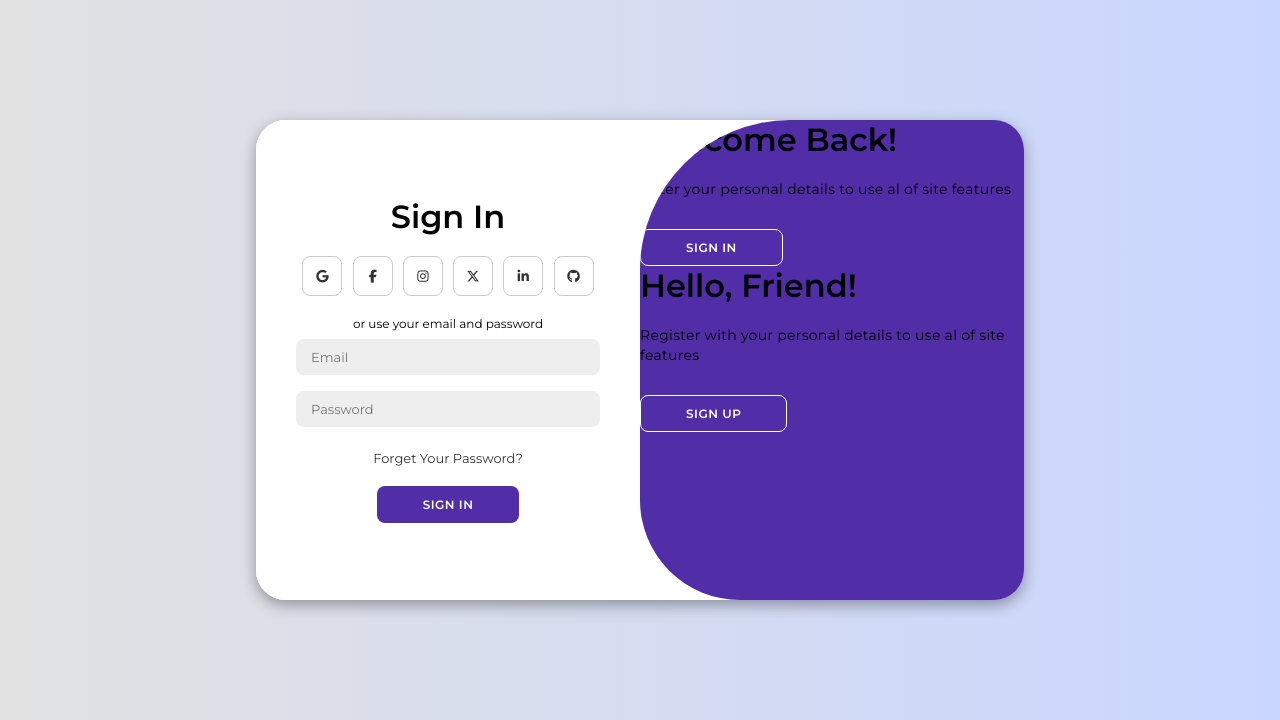
Repository: DevMike1993/Animated_Login_Page
Page: index.html
The author's editor kept a copy of each file at every save. The page is drawn from the files as they stood at one save, then again after the next save.
The browser window is 1280 px wide. The pictures show the whole page.

Above is the page before, as saved 2023-12-17 22:20:28.
Not found: script.js

### index.html
<!DOCTYPE html>
<html lang="en">
<head>
    <meta charset="UTF-8">
    <meta name="viewport" content="width=device-width, initial-scale=1.0">
    <link rel="stylesheet" href="https://cdnjs.cloudflare.com/ajax/libs/font-awesome/6.5.1/css/all.min.css">
    <link rel="stylesheet" href="style.css">
    <title>Animated Login Page</title>
</head>
<body>

    <div class="container" id="container">
        <div class="form-container sign-up">
            <form>
                <h1>Create Account</h1>
                <div class="social-icons">
                    <a href="#" class="icon"><i class="fa-brands fa-google"></i></a>
                    <a href="#" class="icon"><i class="fa-brands fa-facebook-f"></i></a>
                    <a href="#" class="icon"><i class="fa-brands fa-instagram"></i></a>
                    <a href="#" class="icon"><i class="fa-brands fa-x-twitter"></i></a>
                    <a href="#" class="icon"><i class="fa-brands fa-linkedin-in"></i></a>
                    <a href="#" class="icon"><i class="fa-brands fa-github"></i></a>
                </div>
                <span>or use your email for registration</span>
                <input type="text" placeholder="Name">
                <input type="email" placeholder="Email">
                <input type="password" placeholder="Password">
                <button>Sign Up</button>
            </form>
        </div>
        <div class="form-container sign-in">
            <form>
                <h1>Sign In</h1>
                <div class="social-icons">
                    <a href="#" class="icon"><i class="fa-brands fa-google"></i></a>
                    <a href="#" class="icon"><i class="fa-brands fa-facebook-f"></i></a>
                    <a href="#" class="icon"><i class="fa-brands fa-instagram"></i></a>
                    <a href="#" class="icon"><i class="fa-brands fa-x-twitter"></i></a>
                    <a href="#" class="icon"><i class="fa-brands fa-linkedin-in"></i></a>
                    <a href="#" class="icon"><i class="fa-brands fa-github"></i></a>
                </div>
                <span>or use your email and password</span>
                <input type="email" placeholder="Email">
                <input type="password" placeholder="Password">
                <a href="#">Forget Your Password?</a>
                <button>Sign In</button>
            </form>
        </div>
        <div class="toggle-container">
            <div class="toggle">
                <div class="toggle-panel toggle-left">
                    <h1>Welcome Back!</h1>
                    <p>Enter your personal details to use al of site features</p>
                    <button class="hidden" id="login">Sign In</button>
                </div>
                <div class="toggle-panel toggle-right">
                    <h1>Hello, Friend!</h1>
                    <p>Register with your personal details to use al of site features</p>
                    <button class="hidden" id="register">Sign Up</button>
                </div>
            </div>
        </div>
    </div>

    <script src="script.js"></script>
</body>
</html>

### style.css
@import url('https://fonts.googleapis.com/css2?family=Montserrat:ital,wght@0,200;0,300;0,400;0,500;0,600;1,200;1,300&family=Poppins&display=swap');

*{
    margin: 0;
    padding: 0;
    box-sizing: border-box;
    font-family: "Montserrat", sans-serif;
}

body{
    background-color: #c9d6ff;
    background: linear-gradient(to right, #e2e2e2, #c9d6ff);
    display: flex;
    align-items: center;
    justify-content: center;
    flex-direction: column;
    height: 100vh;
}

.container{
    background-color: #fff;
    border-radius: 30px;
    box-shadow: 0 5px 15px rgba(0, 0, 0, 0.35);
    position: relative;
    overflow: hidden;
    width: 768px;
    max-width: 100%;
    min-height: 480px;
}

.container p{
    font-size: 14px;
    line-height: 20px;
    letter-spacing: 0.3px;
    margin: 20px 0;
}

.container span{
    font-size: 12px;
}

.container a{
    color: #333;
    font-size: 13px;
    text-decoration: none;
    margin: 15px 0 10px;
}

.container button{
    background-color: #512da8;
    color: #fff;
    font-size: 12px;
    padding: 10px 45px;
    border: 1px solid transparent;
    border-radius: 8px;
    font-weight: 600;
    letter-spacing: 0.5px;
    text-transform: uppercase;
    margin-top: 10px;
    cursor: pointer;
}

.container button.hidden{
    background-color: transparent;
    border-color: #fff;
}

.container form{
    background-color: #fff;
    display: flex;
    align-items: center;
    justify-content: center;
    flex-direction: column;
    padding: 0 40px;
    height: 100%;
}

.container input{
    background-color: #eee;
    border: none;
    margin: 8px 0;
    padding: 10px 15px;
    font-size: 13px;
    border-radius: 8px;
    width: 100%;
    outline: none;
}

.form-container{
    position: absolute;
    top: 0;
    height: 100%;
    transition: all 0.6s ease-in-out;
}

.sign-in{
    left: 0;
    width: 50%;
    z-index: 2;
}

.container.active .sign-in{
    transform: translateX(100%);
}

.sing-up{
    left: 0;
    width: 50%;
    opacity: 0;
    z-index: 1;
}

.container.active sing-up{
    transform: translateX(100%);
    opacity: 1;
    z-index: 5;
    animation: move 0.6s;
}

@keyframes move{
    0%, 49.99%{
        opacity: 0;
        z-index: 1;
    }
    50%, 100%{
        opacity: 1;
        z-index: 5;
    }
}

.social-icons{
    margin: 20px 0;
}

.social-icons a{
    border: 1px solid #ccc;
    border-radius: 20%;
    display: inline-flex;
    justify-content: center;
    align-items: center;
    margin: 0 3px;
    width: 40px;
    height: 40px;
}

.toggle-container{
    position: absolute;
    top: 0;
    left: 50%;
    width: 50%;
    height: 100%;
    overflow: hidden;
    transition: all 0.6s ease-in-out;
    border-radius: 150px 0 0 100px;
    z-index: 1000;
}

.container.active .toggle-container{
    transform: translateX(-100%);
    border-radius: 0 150px 100px 0;

}

.toggle{
    background-color: #512da8;
    height: 100%;
    background: linear-gradient(to right, #5c6bc0, #);
}

After the next save:
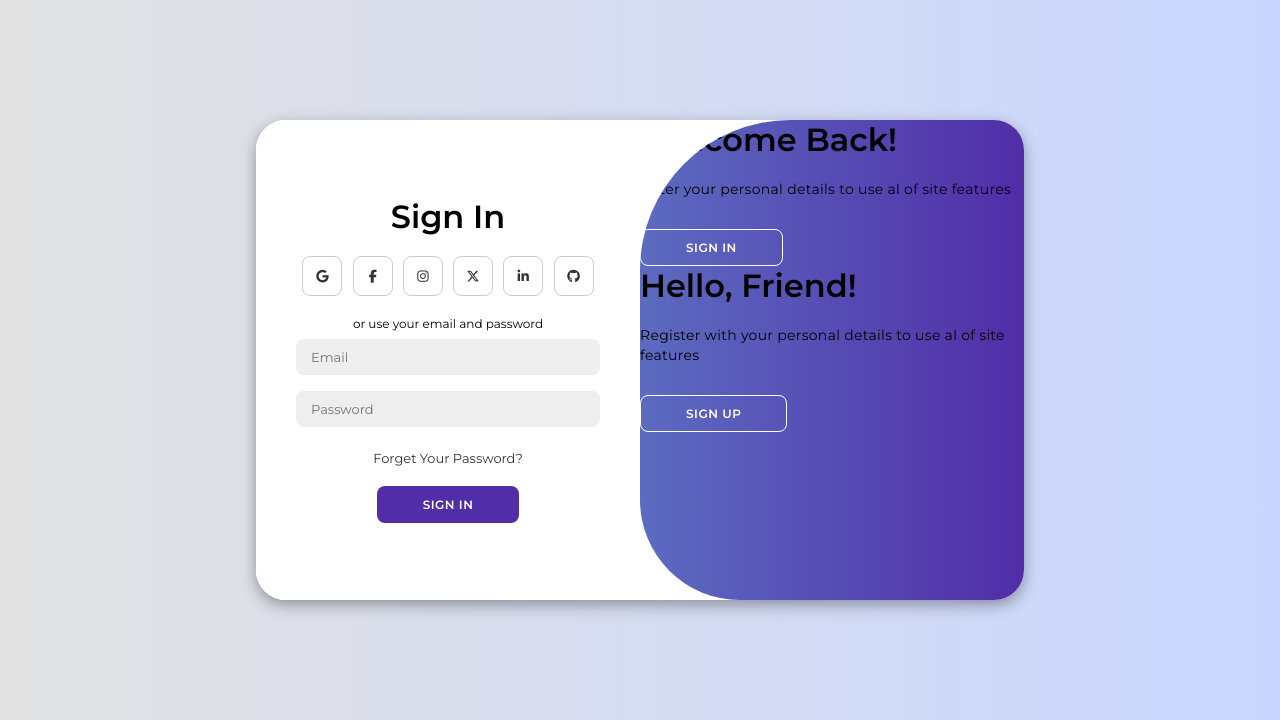
Saved 4 s later.
--- a/style.css
+++ b/style.css
@@ -164,5 +164,5 @@ body{
 .toggle{
     background-color: #512da8;
     height: 100%;
-    background: linear-gradient(to right, #5c6bc0, #);
+    background: linear-gradient(to right, #5c6bc0, #512da8);
 }
